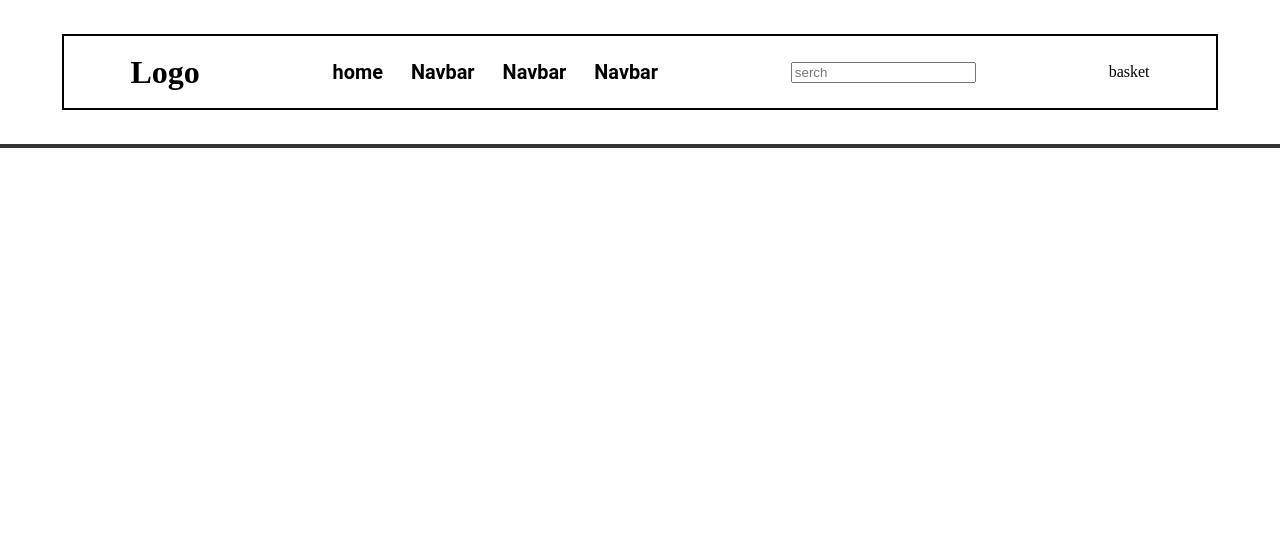
Repository: Islam432/Islam-and-Arsi---team
Page: /
These files come from the project's save history. The page is drawn as it stood at one moment and after a run of saves; the edit follows.
The browser window is 1280 px wide. The pictures show the whole page.
The project was rebuilt for these pictures with package versions that can differ from the ones it lists, and the page was loaded fresh each time. Also part of the build but not shown: vite.config.js, src/App.css, src/components/Comp/Comp.jsx.

Above is the page before, as saved 2023-03-11 22:54:10.

### src/main.jsx
import React from "react";
import ReactDOM from "react-dom/client";
import App from "./App";
import "./index.css";
import { BrowserRouter } from "react-router-dom";


ReactDOM.createRoot(document.getElementById("root")).render(
  <React.StrictMode>

      <BrowserRouter>
        <App />
      </BrowserRouter>

  </React.StrictMode>
);

### src/App.jsx
import { useState } from "react";
import reactLogo from "./assets/react.svg";
import "./App.css";
import { Route, Routes } from "react-router-dom";
import { Layout } from "./components/Layout";
import { Home } from "./components/Home/Home";
import { Comp } from "./components/Comp/Comp";

function App() {
  return (

    <Layout>  <Routes>
    <Route path="/" element = {<Home/>}/>
    <Route path="/comp" element= {<Comp/>} />
  </Routes></Layout>

  );
}

export default App;

### src/components/Layout/index.jsx
import React from 'react'
import { Navbar } from '../Navbar/Navbar'

export const Layout = ({children}) => {
  return (
  <>
 <Navbar/>
  <main>{children}</main>
  </>
  )
}

### src/components/Home/Home.jsx
import React from 'react'
import styles from './Home.module.css'


export const Home = () => {
  return (
    <div className={styles.cont}>
      <div className={styles.blok1}></div>
    </div>
  )
}

### src/components/Navbar/Navbar.jsx
import React from "react";
import { NavLink } from "react-router-dom";
import styles from "./Navbar.module.css";

export const Navbar = () => {
  return (
    <div className={styles.cont}>
      <div className={styles.allnav}>
        <h1>Logo</h1>

        <div className={styles.navbar}>
          <NavLink to={'/'} className={styles.NavLink}>
            <h3>home</h3>
          </NavLink>
          <NavLink to={'/comp'} className={styles.NavLink}>
            <h3>Navbar</h3>
          </NavLink>
          <NavLink className={styles.NavLink}>
            <h3>Navbar</h3>
          </NavLink>
          <NavLink className={styles.NavLink}>
            <h3>Navbar</h3>
          </NavLink>

        </div>

        <div className={styles.inputblok}>
          <input type="text" placeholder="serch" />
        </div>

        <div>basket</div>
      </div>
    </div>
  );
};

### src/components/Home/Home.module.css
.cont{
    margin: 0;
    height: ;
    background: url("./Banner.jpg");
}

### src/components/Navbar/Navbar.module.css
.cont {
    margin: 0;
  display: flex;
  align-items: center;
  justify-content: center;
  height: 20vh;
  background: #ffffff;
border-bottom: 4px solid #333;
}

.allnav {
  display: flex;
  align-items: center;
  justify-content: space-around;
  width: 90%;
  height: 10vh;
  border: 2px solid black;
}
.navbar {
  display: flex;
  justify-content: space-around;
  align-items: center;
  gap: 28px;

  font-family: Roboto;
  font-style: Bold;
  font-size: 17px;

}
.NavLink{
    text-decoration: none;
    color: rgb(0, 0, 0);
}

Loaded but not shown: index.html (common file); src/index.css (common file)

After the next 2 saves:
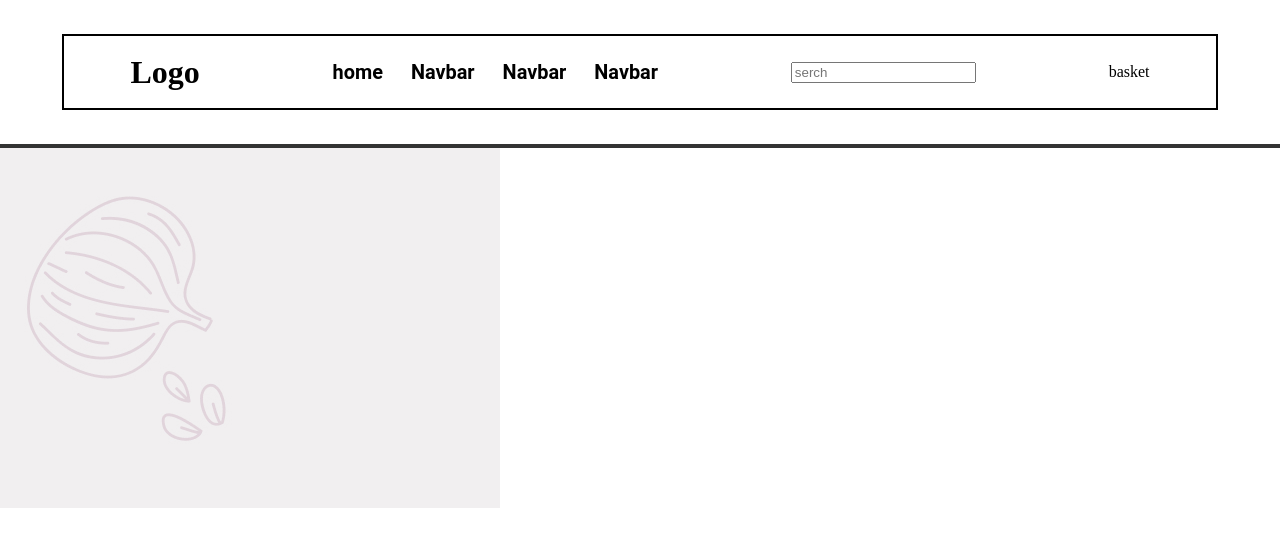
The 2 saves are shown as one change because they came seconds apart.
The last was saved 8 s later.
--- a/src/components/Home/Home.module.css
+++ b/src/components/Home/Home.module.css
@@ -1,5 +1,6 @@
 .cont{
     margin: 0;
-    height: ;
+    height: 50vh;
+    width: 500px;
     background: url("./Banner.jpg");
 }

After the 2 saves that followed:
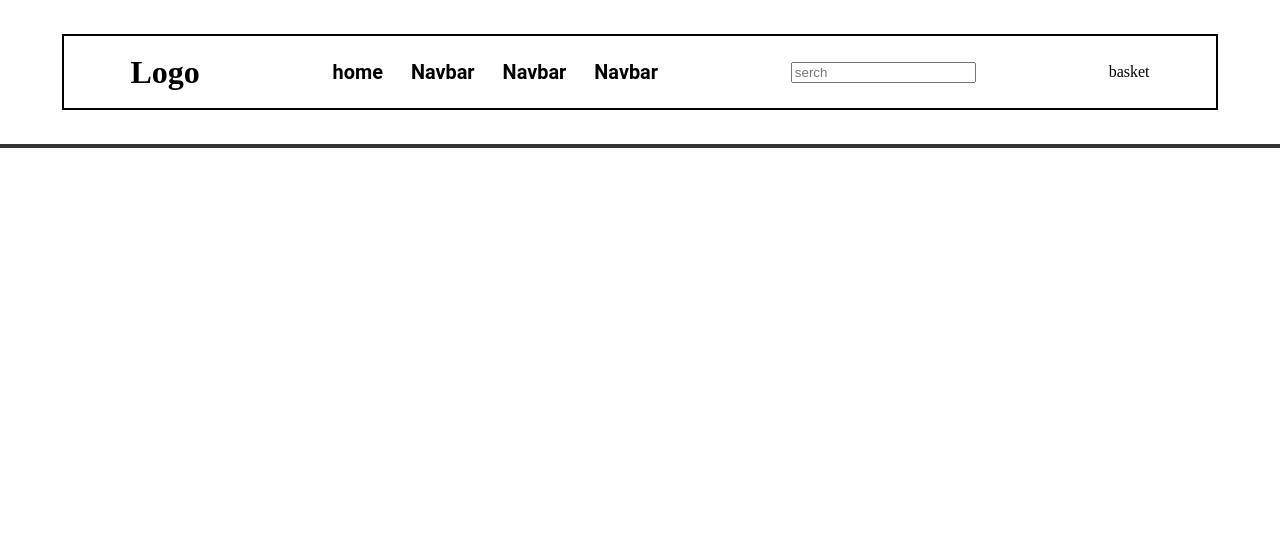
The 2 saves are shown as one change because they came seconds apart.
The last was saved 36 s later.
--- a/src/components/Home/Home.module.css
+++ b/src/components/Home/Home.module.css
@@ -1,6 +1,6 @@
 .cont{
     margin: 0;
-    height: 50vh;
-    width: 500px;
+    width: 100%;
+
     background: url("./Banner.jpg");
 }
